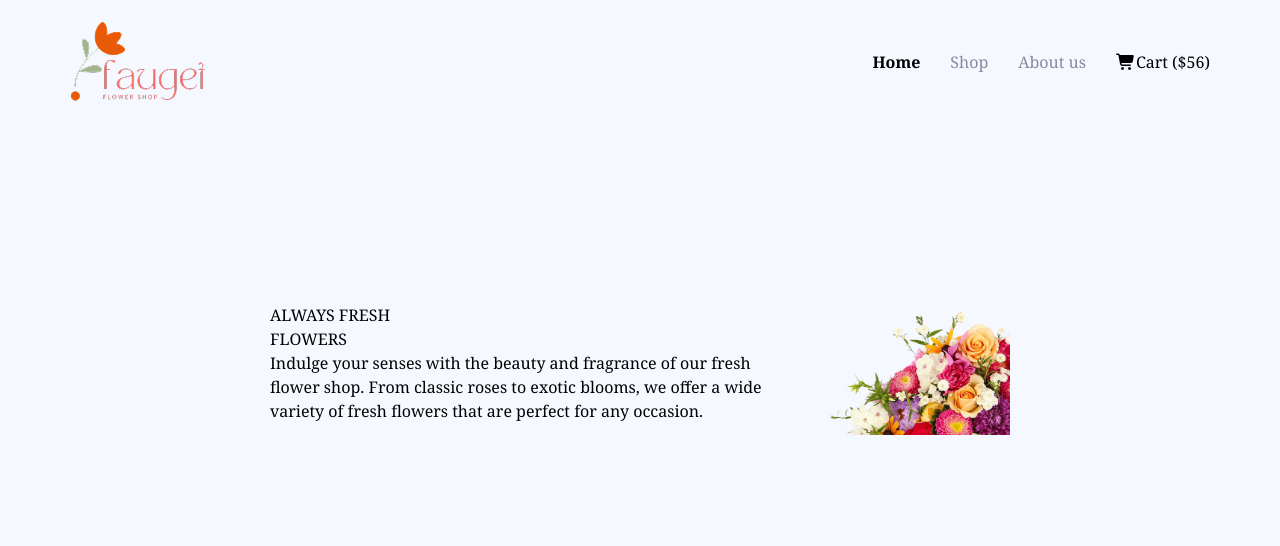
Repository: nahid-hasann/website-7
Page: index.html
The author's editor kept a copy of each file at every save. The page is drawn from the files as they stood at one save, then again after a run of saves.
The browser window is 1280 px wide. The pictures show the whole page.
Some web libraries are served in a nearby version.

Above is the page before, as saved 2025-07-23 23:06:42.

### index.html
<!DOCTYPE html>
<html lang="en">
<head>
    <meta charset="UTF-8">
    <meta name="viewport" content="width=device-width, initial-scale=1.0">
     <script src="https://cdn.jsdelivr.net/npm/@tailwindcss/browser@4"></script>
    <title> website-7 </title>
    <link rel="stylesheet" href="style.css">
    <link rel="stylesheet" href="https://cdnjs.cloudflare.com/ajax/libs/font-awesome/7.0.0/css/all.min.css" integrity="sha512-DxV+EoADOkOygM4IR9yXP8Sb2qwgidEmeqAEmDKIOfPRQZOWbXCzLC6vjbZyy0vPisbH2SyW27+ddLVCN+OMzQ==" crossorigin="anonymous" referrerpolicy="no-referrer" />
   <link rel="preconnect" href="https://fonts.googleapis.com">
<link rel="preconnect" href="https://fonts.gstatic.com" crossorigin>
<link href="https://fonts.googleapis.com/css2?family=Noto+Serif:ital,wght@0,100..900;1,100..900&display=swap" rel="stylesheet">
</head>
<body class="noto-serif-nahid">


    <header>
        <nav>
            <div class="nav-logo">
                <img src="assets/logo.png" alt="">
            </div>
            <div class="nav-menu">
                <ul>
                    <li class="ul-li" style="color: black; font-weight: bold;">Home</li>
                    <li class="ul-li" >Shop</li>
                    <li class="ul-li" >About us</li>
                    <li class="last-li" style="color: black;"><i class="fa-solid fa-cart-shopping"></i>Cart ($56)</li>
                </ul>
            </div>
        </nav>
    </header>

    <main class="main">

        <section class="banner">
            <div class="banner-section">
                <div class="banner-description">
                    <h1>ALWAYS <span>FRESH <br> FLOWERS</span></h1>
                    <p>Indulge your senses with the beauty and fragrance of our fresh flower shop. From classic roses to exotic blooms, we offer a wide variety of fresh flowers that are perfect for any occasion. </p>
                </div>
                <div class="banner-img">
                    <img src="assets/hero-flower.png" alt="">
                </div>
            </div>
        </section>

    </main>




</body>
</html>

### style.css


*{
    margin: 0;
    padding: 0;
    box-sizing: border-box;
}


.noto-serif-nahid {
  font-family: "Noto Serif", serif;
  font-optical-sizing: auto;
  font-style: normal;
  font-variation-settings:
    "wdth" 100;
}

body{
    background-color: #f5f8ff;
}



/* header suru  */

header{
   margin: 20px auto;
   max-width: 1140px;
}

nav{
    display: flex;
    justify-content: space-between;
    align-items: center;
}

.nav-logo img{
    width: 100%;
}

.nav-menu ul{
     display: flex;
     gap: 30px;
     align-items: center;
     justify-content: center;
     margin: auto 0;
}

.nav-menu ul li{
    color: rgba(137, 135, 161, 1);
    font-weight: 400;
}


/* header sesh  */

.main{
    width: 1140px;
    margin: auto;
}

/* banner-section  */

.banner{
    margin: 200px ;
}

.banner-section{
     display: flex;
}

/* banner-section  */





@media screen and (max-width:575px) {
    header{
        width: 100%;
    }

nav{
    margin:0 30px;

}

.nav-logo img{
    width: 63px;
}
    .ul-li{
        display: none;
    }

}

After the next 2 saves:
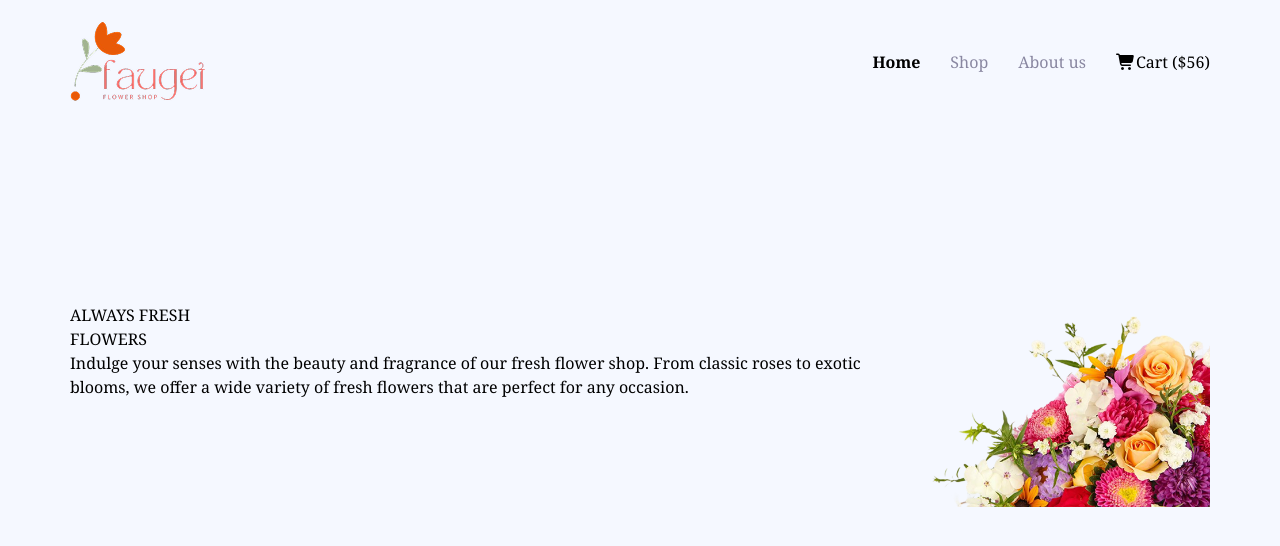
The 2 saves are shown as one change because they came seconds apart.
The last was saved 6 s later.
--- a/style.css
+++ b/style.css
@@ -62,7 +62,7 @@ nav{
 /* banner-section  */
 
 .banner{
-    margin: 200px ;
+    margin: 200px 0 ;
 }
 
 .banner-section{
